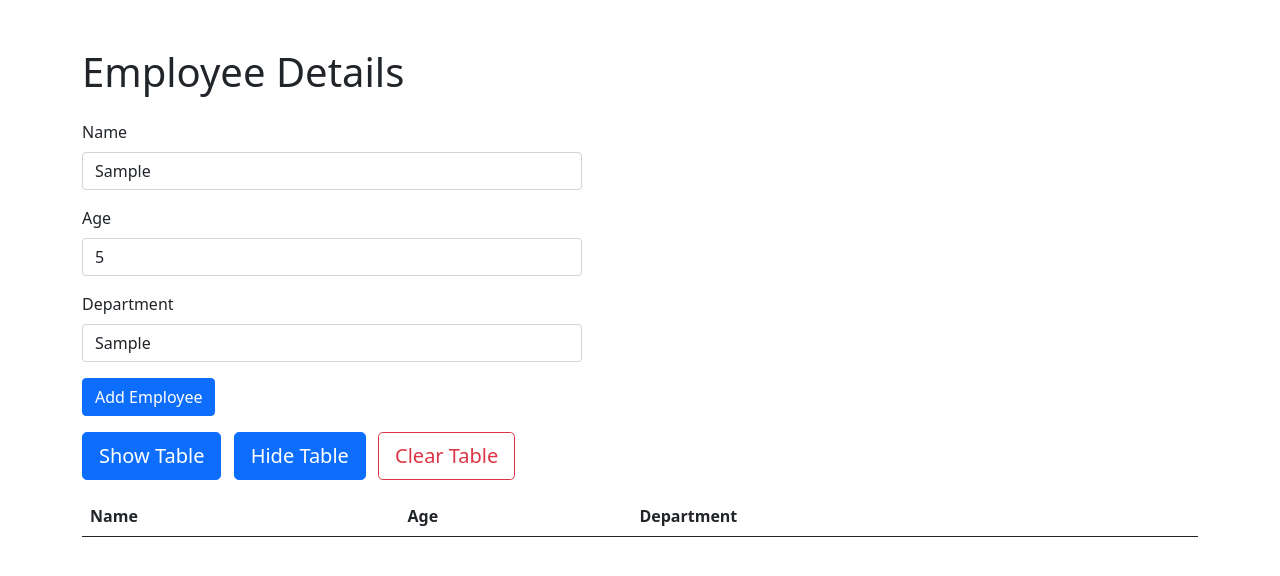
Repository: SHASHIDHAR-as/Spring
Page: spring-jsp-servelets/webapp/Webapp1/src/main/webapp/Employee.html
An editor plug-in stored every save of this project. The page is shown before and after the next save, followed by the edit.
The browser window is 1280 px wide. The pictures show the whole page.
Empty fields were first filled with sample values (such as "Sample", 5 or name@example.com).
After loading, the first visible `button.btn-lg` was clicked once.

Above is the page before, as saved 2024-07-31 09:35:39.

After the next save:
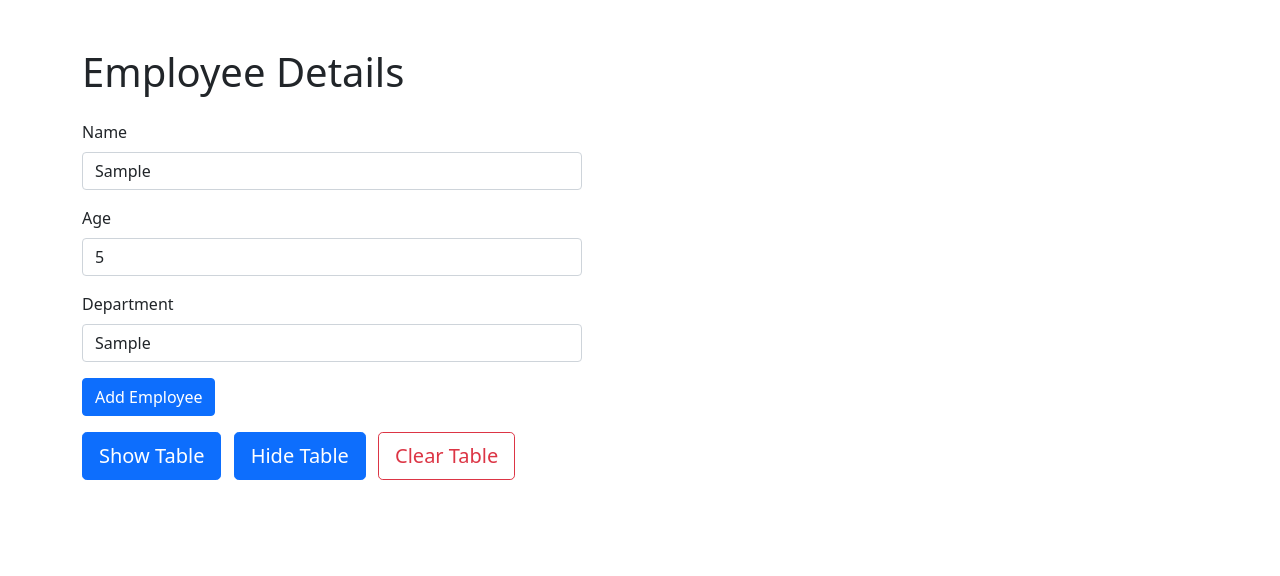
Console error: ReferenceError: showTable is not defined
Saved 22 s later.
--- a/spring-jsp-servelets/webapp/Webapp1/src/main/webapp/Employee.html
+++ b/spring-jsp-servelets/webapp/Webapp1/src/main/webapp/Employee.html
@@ -10,46 +10,7 @@
         max-width: 500px;
     }
 </style>
-<script>
-    document.addEventListener("DOMContentLoaded", function() {
-        document.getElementById("employeeForm").addEventListener("submit", function(event) {
-            event.preventDefault();
-            addEmployee();
-        });
-    });
-
-    function addEmployee() {
-        var name = document.getElementById("name").value;
-        var age = document.getElementById("age").value;
-        var department = document.getElementById("department").value;
-
-        if (name === "" || age === "" || department === "") {
-            alert("Please fill out all fields");
-            return;
-        }
-
-        var table = document.getElementById("employeeTable").getElementsByTagName('tbody')[0];
-        var newRow = table.insertRow();
-        newRow.insertCell(0).textContent = name;
-        newRow.insertCell(1).textContent = age;
-        newRow.insertCell(2).textContent = department;
-
-        document.getElementById("employeeForm").reset();
-    }
-
-    function showTable() {
-        document.getElementById("tableContainer").style.display = "block";
-    }
-
-    function hideTable() {
-        document.getElementById("tableContainer").style.display = "none";
-    }
-
-    function clearTable() {
-        var table = document.getElementById("employeeTable").getElementsByTagName('tbody')[0];
-        table.innerHTML = "";
-    }
-</script>
+<script src"Scripts/Emp.js"></script>
 </head>
 <body>
 <div class="container mt-5">
